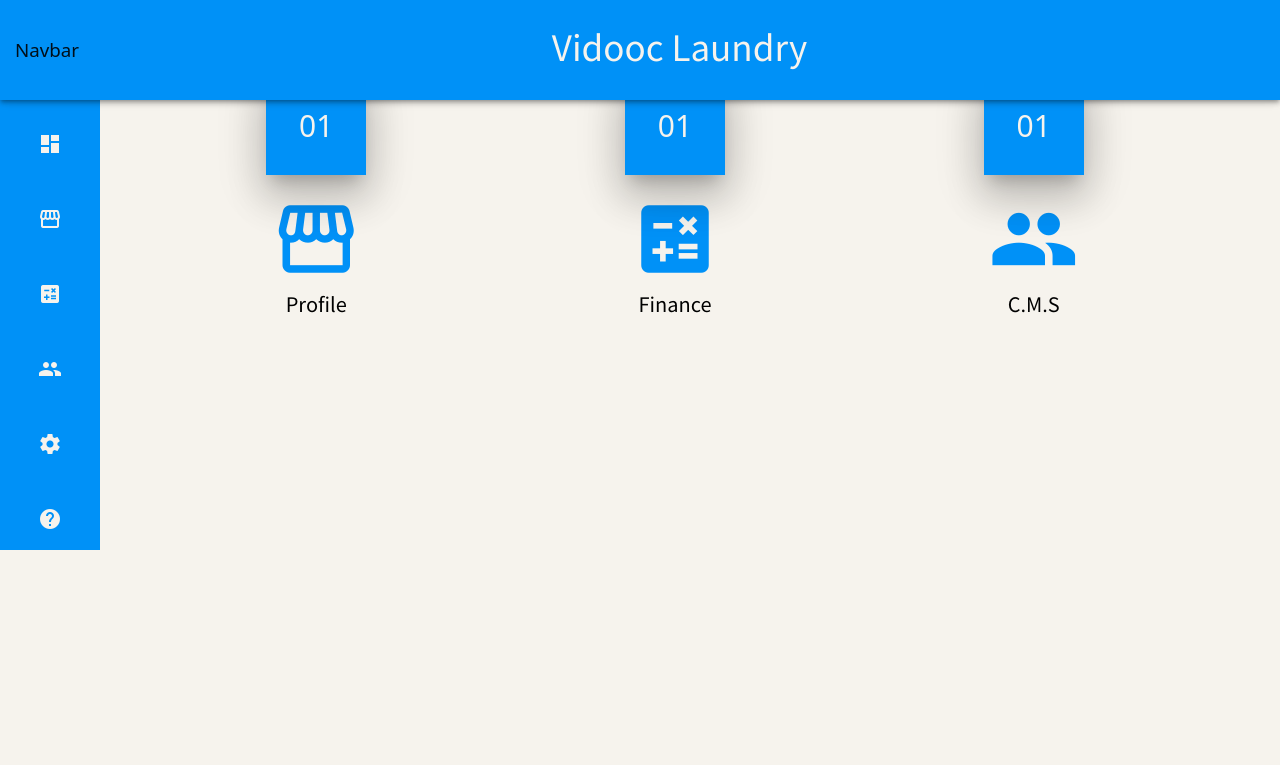
Repository: latenightsnacc/AllinOne
Page: Design/dashboard.html
An editor plug-in stored every save of this project. The page is shown before and after the next save, followed by the edit.
The browser window is 1280 px wide. The pictures show the whole page.
The style sheet was rebuilt from its Sass, Less or Tailwind sources for each picture, by a compiler version that may differ from the author's.

Above is the page before, as saved 2020-09-17 09:18:05.

### Design/dashboard.html
<!DOCTYPE html>
<html lang="en">
<head>
    <meta charset="UTF-8">
    <meta name="viewport" content="width=device-width, initial-scale=1.0">
    <!--Icons-->
    <link href="https://fonts.googleapis.com/icon?family=Material+Icons" rel="stylesheet">
    <!-- Compiled and minified CSS -->
    <link rel="stylesheet" href="https://cdnjs.cloudflare.com/ajax/libs/materialize/1.0.0/css/materialize.min.css">
    <link rel="stylesheet" href="https://stackpath.bootstrapcdn.com/bootstrap/5.0.0-alpha1/css/bootstrap.min.css" integrity="sha384-r4NyP46KrjDleawBgD5tp8Y7UzmLA05oM1iAEQ17CSuDqnUK2+k9luXQOfXJCJ4I" crossorigin="anonymous">
    <!--Custom css-->
    <link rel="stylesheet" href="sidebar.css">
    <title>Welcome Page</title>
</head>
<body>
    <!--Navbar-->
    <nav class="navbar fixed-top navbar-light bg-light blue-nav z-depth-2">
        <div class="container-fluid">
          <a class="navbar-brand">Navbar</a>
            <div class="welcome-box text-center">
                <h1 class="biz-title">Vidooc Laundry</h1>
            </div>
        </div>
    </nav>

    <!--Sidebar-->
    <div class="side-bar">
        <ul>
          <li>
            <a href="#" class="sidebar-icon">
                <i class=" material-icons">dashboard</i>
            </a>

          </li>
          <li>
            <a href="#" class="sidebar-icon">
                <i class=" material-icons">storefront</i>
            </a>
          </li>
          <li>
            <a href="#" class="sidebar-icon">
                <i class=" material-icons">calculate</i>
            </a>
          </li>
          <li>
            <a href="#" class="sidebar-icon">
                <i class=" material-icons">people</i>
            </a>
          </li>
          <li>
            <a href="#" class="sidebar-icon">
                <i class=" material-icons">settings</i>
            </a>
          </li>
          <li>
            <a href="#" class="sidebar-icon">
                <i class=" material-icons">help</i>
            </a>
          </li>
        </ul>
    </div>

    <div class="wrapper mt-5" >
        <div class="content ">

            <div class="container">
                <div class="row ml-5  py-5">
                    <div class="col-xs-12 col-sm-12 col-md-4 col-lg-4 col-xl-4 col-xxl-4">
                        <a href="#">
                            <div class="cardNew  greyBs my-5 ">
                                <div class="card-top z-depth-5">
                                    01
                                </div>
                                <div class="card-content">
                                    <div class="card-icon">
                                        <i class="large material-icons">storefront</i>
                                    </div>
                                    <div class="card-title text-center">Profile</div>

                                </div>
                            </div>
                        </a>
                    </div>
                    <div class="col-xs-12 col-sm-12 col-md-4 col-lg-4 col-xl-4 col-xxl-4">
                        <a href="#">
                            <div class="cardNew my-5 greyBs">
                                <div class="card-top z-depth-5">
                                    01
                                </div>
                                <div class="card-content">
                                    <div class="card-icon">
                                        <i class="large material-icons">calculate</i>
                                    </div>
                                    <div class="card-title text-center">Finance</div>

                                </div>
                            </div>
                        </a>
                    </div>
                    <div class="col-xs-12 col-sm-12 col-md-4 col-lg-4 col-xl-4 col-xxl-4">
                        <a href="#">
                            <div class="cardNew my-5 greyBs">
                                <div class="card-top z-depth-5">
                                    01
                                </div>
                                <div class="card-content">
                                    <div class="card-icon">
                                        <i class="large material-icons">people</i>
                                    </div>
                                    <div class="card-title text-center">C.M.S</div>

                                </div>
                            </div>
                        </a>
                    </div>
                </div>
            </div>
        </div>

    </div >

    <script src="https://cdn.jsdelivr.net/npm/popper.js@1.16.0/dist/umd/popper.min.js" integrity="sha384-Q6E9RHvbIyZFJoft+2mJbHaEWldlvI9IOYy5n3zV9zzTtmI3UksdQRVvoxMfooAo" crossorigin="anonymous"></script>
    <script src="https://stackpath.bootstrapcdn.com/bootstrap/5.0.0-alpha1/js/bootstrap.min.js" integrity="sha384-oesi62hOLfzrys4LxRF63OJCXdXDipiYWBnvTl9Y9/TRlw5xlKIEHpNyvvDShgf/" crossorigin="anonymous"></script>
</body>
</html>

### Design/sidebar.scss
@import 'variables';

*{
    margin: 0;
    padding: 0;
    box-sizing: border-box;
    list-style: none;
    a {
        text-decoration: none;

    }
    &:before,&:after {
        box-sizing: border-box;
    }
    :after {
        content: "";
    }
}

body, html {
    background: $grey;
    overflow-x: hidden;
}
.wrapper {
    min-height:100vh;
    margin-left: 100px;

}
.cardNew{
    display: flex;
    flex-direction: column;
    align-items: center;
    justify-content: center;
    width: 250px;
    height: 250px;
    position: relative;
    background-color: $grey;


    .card-content{
        color: $blue2;

    }

    .card-top {
        position: absolute;
        top:-60px;
        left: 75px;
        width: 100px;
        height: 100px;
        background-color: $blue2;
        display: flex;
        align-items: center;
        justify-content: center;
        font-size: 30px;
        color: $grey;


    }

    &:hover {
        box-shadow: $bsGrey;
        border-radius: $borderR;
    }

}
.card-title {
    font-family: $fontNoto;
    font-size: 20px;
    color: black;
}
.biz-title {
    font-family: $fontNoto;
    font-size: 35px;
    color: $grey;
}

.blue-nav {
    height: 100px;
    background-color: $blue2 !important;
}

a.sidebar-icon {
    color: $grey;
    font-size: 50px;
}
.side-bar {
    float: left;
	position: fixed;
	top: 200;
    left: 0;
    background: transparent;
    margin-top: 100px;
}

.side-bar ul {
	text-align: center;
}

.side-bar ul li {
	position: relative;
  width: 100px;
  cursor: pointer;
	background: $blue2;
	text-transform: uppercase;
	transition:all .4s ease-out;
}

.side-bar ul li:after {
	position: absolute;
	background: $grey;
	color: $blue2;
	top:0;
	left: 100px;
	width: 100px; height: 100%;
  opacity:.5;
  transform: perspective(400px) rotateY(90deg);
	transform-origin: 0 100%;
	transition:all .4s ease-out;
}

.side-bar ul li:nth-child(1):after {
    display: flex;
    align-items: center;
    justify-content: center;
    content: "Dashboard";
	line-height: 88px;
}
.side-bar ul li:nth-child(2):after {
    content: "Profile";
    display: flex;
    align-items: center;
    justify-content: center;
	line-height: 88px;
}
.side-bar ul li:nth-child(3):after {
    display: flex;
    align-items: center;
    justify-content: center;
	content: "Finance";
	line-height: 85px;
}
.side-bar ul li:nth-child(4):after {
    display: flex;
    align-items: center;
    justify-content: center;
	content: "CMS";
	line-height: 70px;
}
.side-bar ul li:nth-child(5):after {
    display: flex;
    align-items: center;
    justify-content: center;
	content: "Settings";
	line-height: 70px;
}
.side-bar ul li:nth-child(6):after {
    display: flex;
    align-items: center;
    justify-content: center;
	content: "Help";
	line-height: 70px;
}

.side-bar ul li:hover {
	transform: translateX(-100px);
}

.side-bar ul li:hover:after {
  opacity: 1;
	transform: perspective(400px) rotateY(0deg) scale(1) ;
}


.side-bar ul li > div {
	display: inline-block;
	padding: 25px 0;
	background: transparent;
}

.side-bar ul li div { position: relative; }

### Design/_variables.scss
@import url('https://fonts.googleapis.com/css2?family=Roboto+Mono&display=swap');
@import url('https://fonts.googleapis.com/css2?family=Noto+Sans+HK:wght@100;400&display=swap');

$fontRoboto: 'Roboto Mono', monospace;
$fontNoto: 'Noto Sans HK', sans-serif;
$blue: #55b9f3;
$blue2: #0091f7;
$white: #fff;
// $grey: #bdcfe5;
$grey: #f6f3ed;
$borderR: 50px;
$dark: black;
$Brb: 50px;
$bsGrey:  -30px -30px 60px #d1cfc9,
30px 30px 60px #ffffff;
$bsBlue:  -30px -30px 60px #489dcf,
30px 30px 60px #62d5ff;;

After the next save:
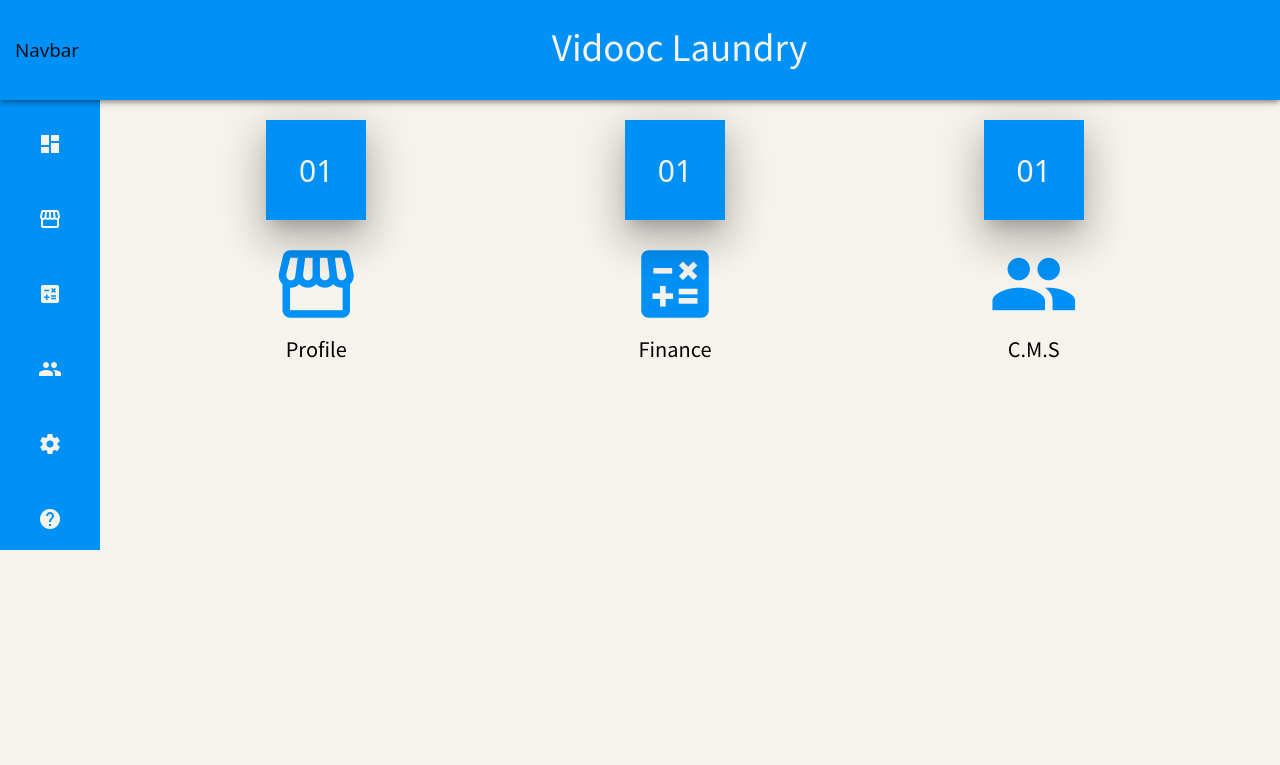
Saved 7 s later.
--- a/Design/dashboard.html
+++ b/Design/dashboard.html
@@ -60,7 +60,7 @@
         </ul>
     </div>
 
-    <div class="wrapper mt-5" >
+    <div class="wrapper mt-5 pt-5" >
         <div class="content ">
 
             <div class="container">

After the save that followed:
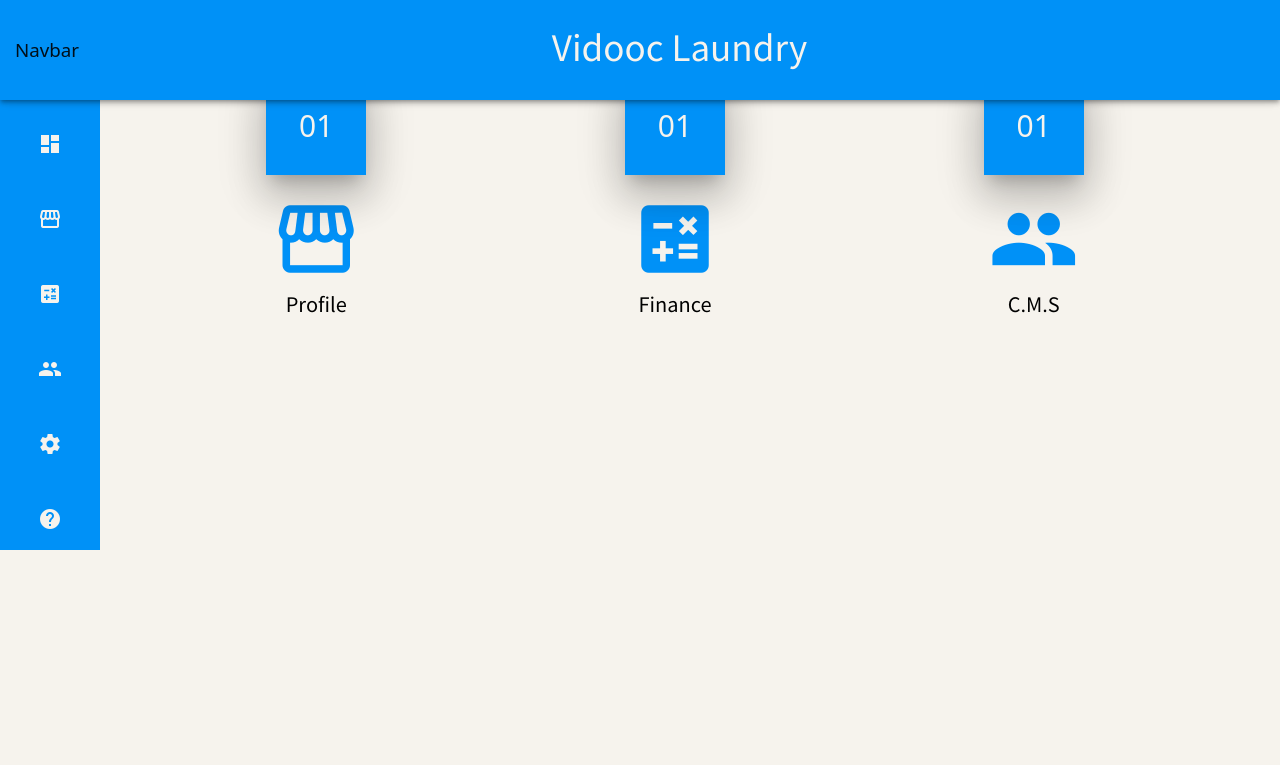
Saved 11 s later.
--- a/Design/dashboard.html
+++ b/Design/dashboard.html
@@ -60,8 +60,8 @@
         </ul>
     </div>
 
-    <div class="wrapper mt-5 pt-5" >
-        <div class="content ">
+    <div class="wrapper mt-5" >
+        <div class="content mt-5 ">
 
             <div class="container">
                 <div class="row ml-5  py-5">
